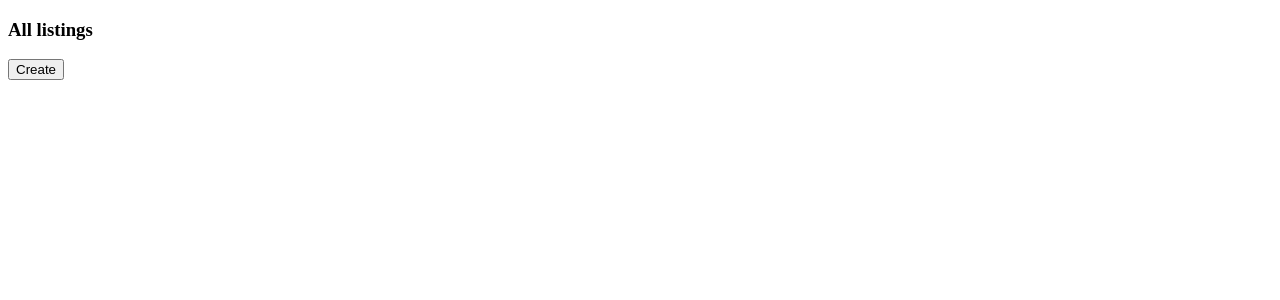
Repository: deep-vish2005/Wanderlust
Page: http://localhost/listings
An editor plug-in stored every save of this project. The page is shown before and after the next save, followed by the edit.
The browser window is 1280 px wide. The pictures show the whole page.
The page is served by the project's Node server (app.js). Other server files are loaded and not shown. Queries for data that is not in the repository find no rows.

Above is the page before, as saved 2026-04-13 22:06:28.

### views/listings/index.ejs
<!DOCTYPE html>
<html lang="en">
  <head>
    <meta charset="UTF-8" />
    <meta name="viewport" content="width=device-width, initial-scale=1.0" />
    <title>wanderlust</title>
  </head>
  <body>
    <h3>All listings</h3>
    <form>
        <button>Create</button>
    </form>
<ul>
    <% for(let listing of alllistings) { %>
    <li> <a href="/listings/<%=listing._id%>"> <%=listing.title%> </a></li>
    <%}%>
</ul>
  </body>
</html>

### app.js
const express = require("express");
const app = express();
const mongoose = require("mongoose");
const listing = require("./models/listing");
const path = require("path");
const mongo_url = "mongodb://127.0.0.1:27017/wanderlust";

app.set("view engine", "ejs");
app.set("views", path.join(__dirname, "views"));
app.use(express.urlencoded({ extended: true }));

main()
  .then(() => {
    console.log("connected to db");
  })
  .catch((err) => {
    console.log(err);
  });

async function main() {
  await mongoose.connect(mongo_url);
}

app.get("/", (req, res) => {
  res.send("working");
});

//index route
app.get("/listings", async (req, res) => {
  const alllistings = await listing.find({});
  res.render("listings/index.ejs", { alllistings });
});

//show route
app.get("/listings/:id", async (req, res) => {
  let { id } = req.params;
  const listingindetail = await listing.findById(id);
  res.render("listings/show.ejs", { listingindetail });
});

// app.get("/testlisting", async (req, res) => {
//   let samplelisting = new listing({
//     title: "my bunglow",
//     description: "luxirious",
//     price: 3400,
//     location: "jabalpur",
//     country: "india",
//   });

//   await samplelisting.save();
//   console.log("sample was saved");
//   res.send("successfull");
// });

app.listen(8080, () => {
  console.log("server is listening to port 8080");
});

After the next save:
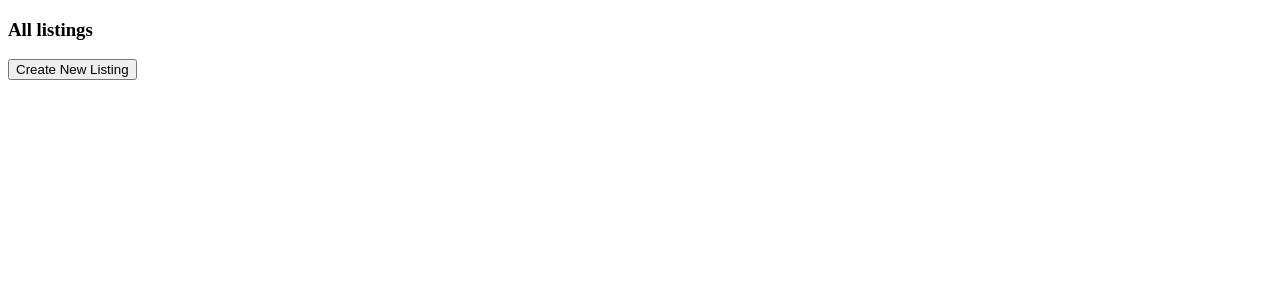
Saved 18 s later.
--- a/views/listings/index.ejs
+++ b/views/listings/index.ejs
@@ -8,7 +8,7 @@
   <body>
     <h3>All listings</h3>
     <form>
-        <button>Create</button>
+        <button>Create New Listing</button>
     </form>
 <ul>
     <% for(let listing of alllistings) { %>
